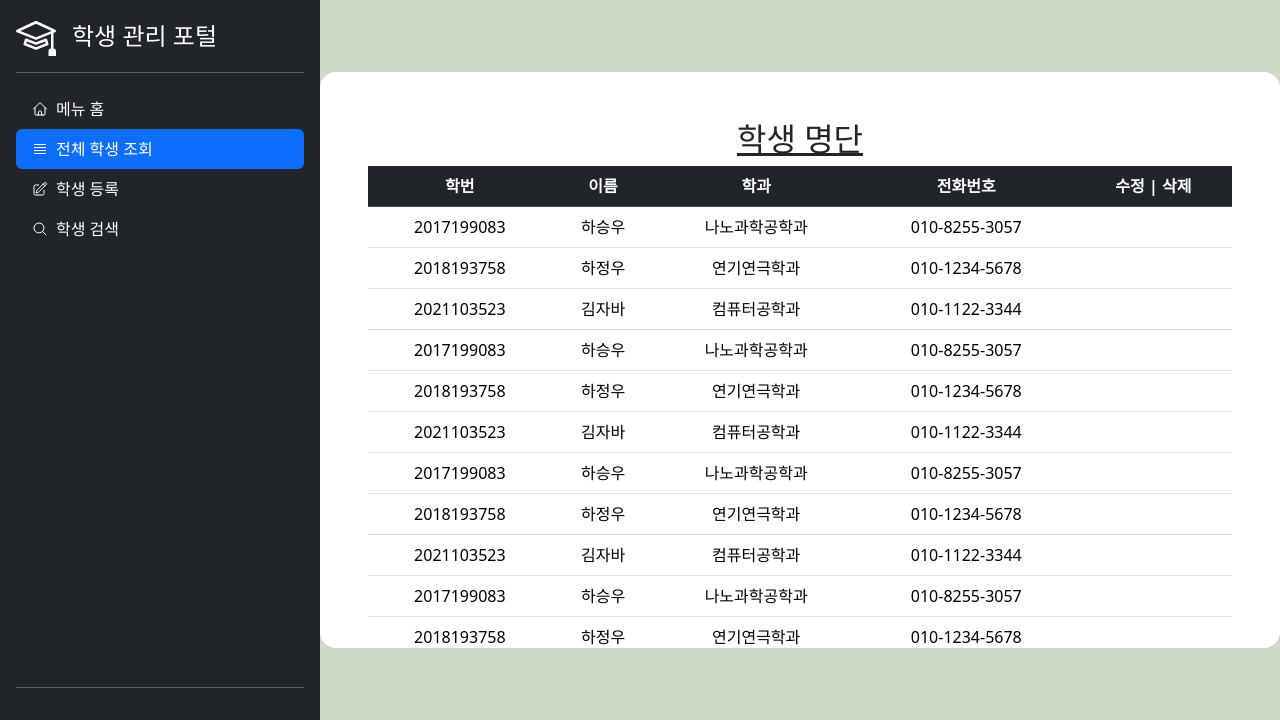
Repository: invisibleufo101/StudentManagementWeb
Page: HSW_Web/src/main/webapp/browse_students.html
These files come from the project's save history. The page is drawn as it stood at one moment and after the next save; the edit follows.
The browser window is 1280 px wide. The pictures show the whole page.
An inner scrolling area shows only its first screen.

Above is the page before, as saved 2024-09-19 12:33:56.

After the next save:
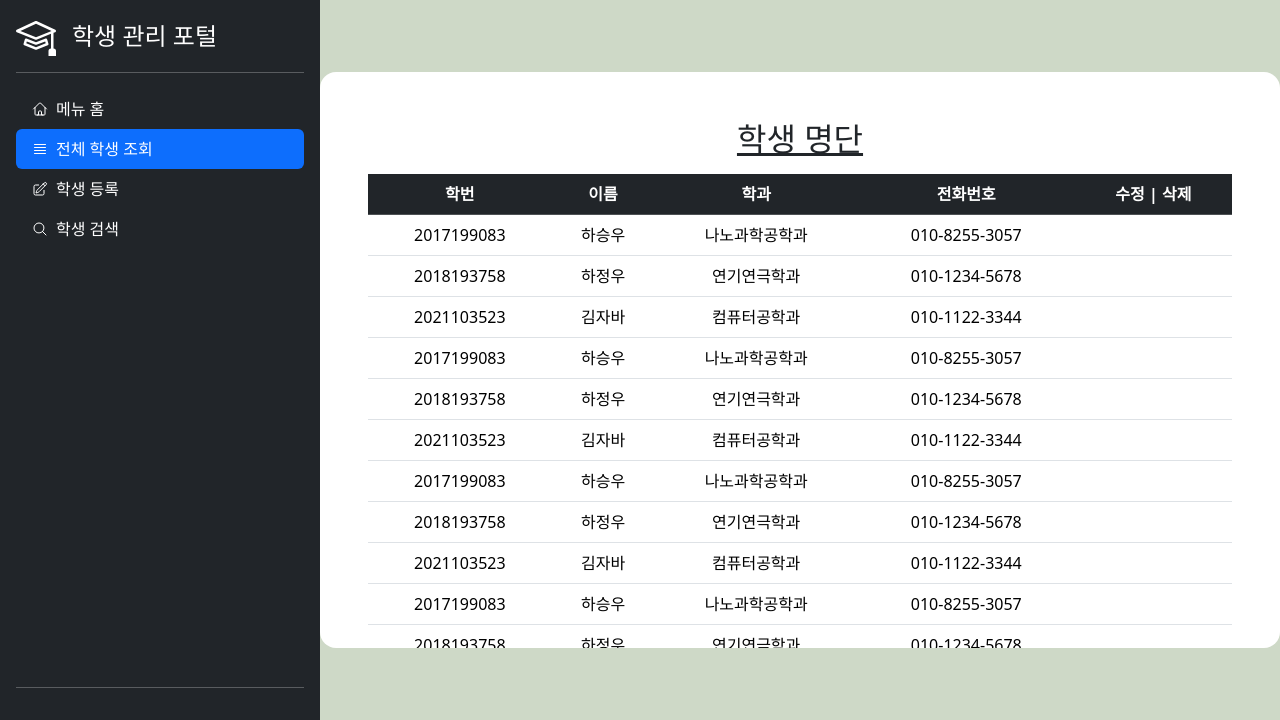
Saved 11 s later.
--- a/HSW_Web/src/main/webapp/browse_students.html
+++ b/HSW_Web/src/main/webapp/browse_students.html
@@ -67,7 +67,7 @@
 		<!-- End of Navbar -->
 		<section class="d-flex justify-content-center align-items-center" style="width: 75vw; background-color: #ced9c7;">
 			<div class="container mx-auto p-5 bg-white rounded-4 overflow-y-auto" style="max-height: 80vh;">
-				<h2 class="text-center text-decoration-underline">학생 명단</h2>
+				<h2 class="text-center text-decoration-underline mb-3">학생 명단</h2>
 				<table class="table table-hover text-center">
 					<thead class="table-dark">
 						<tr>
